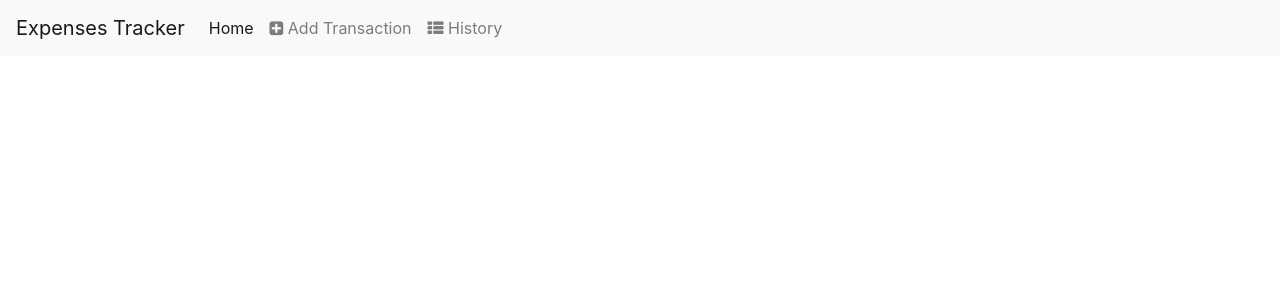
Repository: yucheng91/CI3-expenses-manager
Page: http://localhost/home
The author's editor kept a record of every edit. The page is drawn from the files as they stood at one moment, then again after the next edit.
The browser window is 1280 px wide. The pictures show the whole page.
The page is served by the project's application, run on Flask 3 (app.py).

Above is the page before.

### templates/index.html
<!doctype html>
<html lang="en">

<head>
    <!-- Required meta tags -->
    <meta charset="utf-8">
    <meta name="viewport" content="width=device-width, initial-scale=1, shrink-to-fit=no">

    <!-- Bootstrap CSS -->
    <link rel="stylesheet" href="https://cdnjs.cloudflare.com/ajax/libs/font-awesome/4.7.0/css/font-awesome.css">
    <link rel="stylesheet" href="https://stackpath.bootstrapcdn.com/bootstrap/4.3.1/css/bootstrap.min.css" integrity="sha384-ggOyR0iXCbMQv3Xipma34MD+dH/1fQ784/j6cY/iJTQUOhcWr7x9JvoRxT2MZw1T" crossorigin="anonymous">
    <link rel="stylesheet" href="{{ url_for('static', filename='css/style.css') }}">

    <title>Hello, world!</title>
</head>

<body>
    <!--nav bar-->
    <nav class="navbar navbar-expand-sm navbar-light bg-light">
  <a class="navbar-brand" href="#">Expenses Tracker</a>
  <button class="navbar-toggler" type="button" data-toggle="collapse" data-target="#navbarNav" aria-controls="navbarNav" aria-expanded="false" aria-label="Toggle navigation">
    <span class="navbar-toggler-icon"></span>
  </button>
  <div class="collapse navbar-collapse" id="navbarNav">
    <ul class="navbar-nav">
      <li class="nav-item active">
        <a class="nav-link" href="{{ url_for('home') }}">Home <span class="sr-only">(current)</span></a>
      </li>
      <li class="nav-item">
        <a class="nav-link" href="{{ url_for('addtransaction') }}"><i class="fa fa-plus-square" aria-hidden="true"></i> Add Transaction</a>
      </li>
      <li class="nav-item">
        <a class="nav-link" href="{{ url_for('viewall') }}"><i class="fa fa-th-list" aria-hidden="true"></i> History</a>
      </li>
    </ul>
  </div>
    </nav>
    <!--end nav-->



    <script src="https://code.jquery.com/jquery-3.3.1.slim.min.js" integrity="sha384-q8i/X+965DzO0rT7abK41JStQIAqVgRVzpbzo5smXKp4YfRvH+8abtTE1Pi6jizo" crossorigin="anonymous"></script>
    <script src="https://cdnjs.cloudflare.com/ajax/libs/popper.js/1.14.7/umd/popper.min.js" integrity="sha384-UO2eT0CpHqdSJQ6hJty5KVphtPhzWj9WO1clHTMGa3JDZwrnQq4sF86dIHNDz0W1" crossorigin="anonymous"></script>
    <script src="https://stackpath.bootstrapcdn.com/bootstrap/4.3.1/js/bootstrap.min.js" integrity="sha384-JjSmVgyd0p3pXB1rRibZUAYoIIy6OrQ6VrjIEaFf/nJGzIxFDsf4x0xIM+B07jRM" crossorigin="anonymous"></script>
</body>

</html>

### app.py
from flask import Flask, render_template, request, redirect, url_for
import os
import pymysql

connection = pymysql.connect(
    host='localhost', # IP address of the database; localhost means "the local machine"
    user="yucheng91",  #the mysql user
    password="coconuty", #the password for the user
    database="expenses" #the name of database we want to use
)

#if PHP doesn't show, perform $ sudo apt-get install --reinstall libapache2-mod-php7.2

app = Flask(__name__)

@app.route('/home')
def home():
    return render_template('index.html')

@app.route('/view-all')
def viewall():
    cursor = connection.cursor(pymysql.cursors.DictCursor)
    sql = "SELECT * FROM transaction JOIN categories ON transaction.categoriesid = categories.id JOIN mode ON transaction.modeid = mode.id JOIN account on transaction.accountid = account.id"
    cursor.execute(sql)
    results = []
    for r in cursor:
         results.append(r)

    sql = "SELECT SUM(debit) AS totaldebit FROM transaction"
    cursor.execute(sql)
    totaldebit = cursor.fetchone()

    sql = "SELECT SUM(credit) AS totalcredit FROM transaction"
    cursor.execute(sql)
    totalcredit = cursor.fetchone()

    sql = "SELECT (SELECT SUM(debit) AS sumdebit FROM transaction) - (SELECT SUM(credit) AS sumcredit FROM transaction) AS balance FROM transaction"
    cursor.execute(sql)
    balance = cursor.fetchone()

    return render_template('transaction_overview.html', data=results, totaldebit = totaldebit, totalcredit = totalcredit,balance=balance)

@app.route('/new-transaction/', methods=["GET"])
def addtransaction():

    cursor = connection.cursor(pymysql.cursors.DictCursor)
    sql = "SELECT * FROM mode"
    # fetch all genres and store it in a list
    cursor.execute(sql)
    mode = []
    for r in cursor:
        mode.append({
            'id' : r['id'],
            'name': r['mname']
        })

    # fetch all media type and store it in a list
    sql = "SELECT * FROM categories"
    cursor.execute(sql)
    categories = []
    for r in cursor:
        categories.append({
            'id':r['id'],
            'name': r['cname']
        })

    # fetch all media type and store it in a list
    sql = "SELECT * FROM account"
    cursor.execute(sql)
    account = []
    for r in cursor:
        account.append({
            'id':r['id'],
            'name': r['aname']
        })

    sql = "SELECT * FROM tag"
    cursor.execute(sql)
    tag = []
    for r in cursor:
        tag.append({
            'id':r['id'],
            'name': r['tname']
        })

    return render_template('new_transaction.html', mode=mode, categories=categories, account=account, tag=tag)

@app.route('/new-transaction/', methods=["POST"])
def process_addtransaction():
    transaction_name = request.form.get("transaction")
    category_name = request.form.get("category")
    mode_name = request.form.get("mode")
    by_name = request.form.get("by")
    debit_name = request.form.get("debit")
    if request.form.get("debit") == "":
        debit_name = "0"

    credit_name = request.form.get("credit")
    if request.form.get("credit") == "":
        credit_name = "0"

    cursor = connection.cursor(pymysql.cursors.DictCursor)

    sql = "INSERT INTO transaction (description,categoriesid,modeid,accountid,debit,credit) VALUE (%s,%s,%s,%s,%s,%s)"
    cursor.execute(sql,[transaction_name,category_name,mode_name,by_name,debit_name,credit_name])

    transactionid = cursor.lastrowid
    tagid = request.form.getlist("tag")
    for t in tagid:
        sql = "INSERT INTO transactiontag (transactionid,tagid) VALUE (%s,%s)"
        cursor.execute(sql,[transactionid,t])

    connection.commit()
    return redirect(url_for('viewall'))

# Edit transaction
@app.route('/view-all/edit/<id>')
def edit_transaction(id):

    cursor = connection.cursor(pymysql.cursors.DictCursor)
    sql = "SELECT * FROM transaction JOIN transactiontag ON transaction.id = transactiontag.transactionid JOIN tag ON transactiontag.tagid = tag.id WHERE transaction.id = {}".format(id)
    cursor.execute(sql)
    transaction = cursor.fetchone()

    sql = "SELECT * FROM mode"
    cursor.execute(sql)
    mode = []
    for r in cursor:
        mode.append({
            'id' : r['id'],
            'name': r['mname']
        })

    sql = "SELECT * FROM categories"
    cursor.execute(sql)
    categories = []
    for r in cursor:
        categories.append({
            'id':r['id'],
            'name': r['cname']
        })

    sql = "SELECT * FROM account"
    cursor.execute(sql)
    account = []
    for r in cursor:
        account.append({
            'id':r['id'],
            'name': r['aname']
        })

    sql = "SELECT * FROM tag"
    cursor.execute(sql)
    tag = []
    for r in cursor:
        tag.append({
            'id':r['id'],
            'name': r['tname']
        })

    return render_template('edit_transaction.html', transaction = transaction, mode=mode, categories=categories, account=account, tag=tag)

@app.route('/view-all/edit/<id>', methods=['POST'])
def update_transaction(id):
    transaction_name = request.form.get("transaction")
    category_name = request.form.get("category")
    mode_name = request.form.get("mode")
    by_name = request.form.get("by")
    debit_name = request.form.get("debit")
    if request.form.get("debit") == "":
        debit_name = "0"

    credit_name = request.form.get("credit")
    if request.form.get("credit") == "":
        credit_name = "0"

    cursor = connection.cursor(pymysql.cursors.DictCursor)

    cursor.execute("UPDATE transaction SET description = '{}',categoriesid = '{}',modeid = '{}',accountid = '{}',debit = '{}',credit = '{}' WHERE id = {}".format(transaction_name,category_name,mode_name,by_name,debit_name,credit_name,id))

    sql = "DELETE FROM transactiontag WHERE transactiontag.transactionid = {}"
    cursor.execute(sql)

    transactionid = cursor.lastrowid
    tagid = request.form.getlist("tag")
    for t in tagid:
        sql = "INSERT INTO transactiontag (transactionid,tagid) VALUE (%s,%s)"
        cursor.execute(sql,[transactionid,t])

    connection.commit()
    return redirect(url_for('viewall'))

# "magic code" -- boilerplate
if __name__ == '__main__':
    app.run(host=os.environ.get('IP'),
            port=int(os.environ.get('PORT')),
            debug=True)

### static/css/style.css
img {
    width:75%;
    margin-left:auto;
    margin-right:auto;
}

#content {
    padding-top:56px;
}

After the next edit:
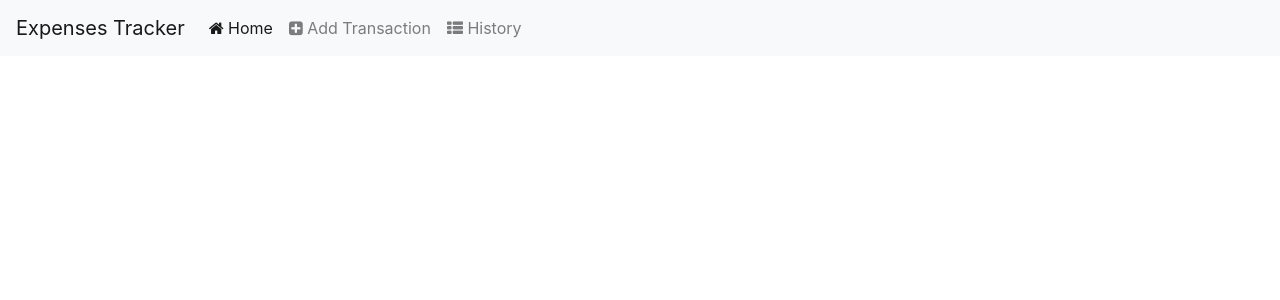
The edit:
--- a/templates/index.html
+++ b/templates/index.html
@@ -24,7 +24,7 @@
   <div class="collapse navbar-collapse" id="navbarNav">
     <ul class="navbar-nav">
       <li class="nav-item active">
-        <a class="nav-link" href="{{ url_for('home') }}">Home <span class="sr-only">(current)</span></a>
+        <a class="nav-link" href="{{ url_for('home') }}"><i class="fa fa-home" aria-hidden="true"></i> Home</a>
       </li>
       <li class="nav-item">
         <a class="nav-link" href="{{ url_for('addtransaction') }}"><i class="fa fa-plus-square" aria-hidden="true"></i> Add Transaction</a>
